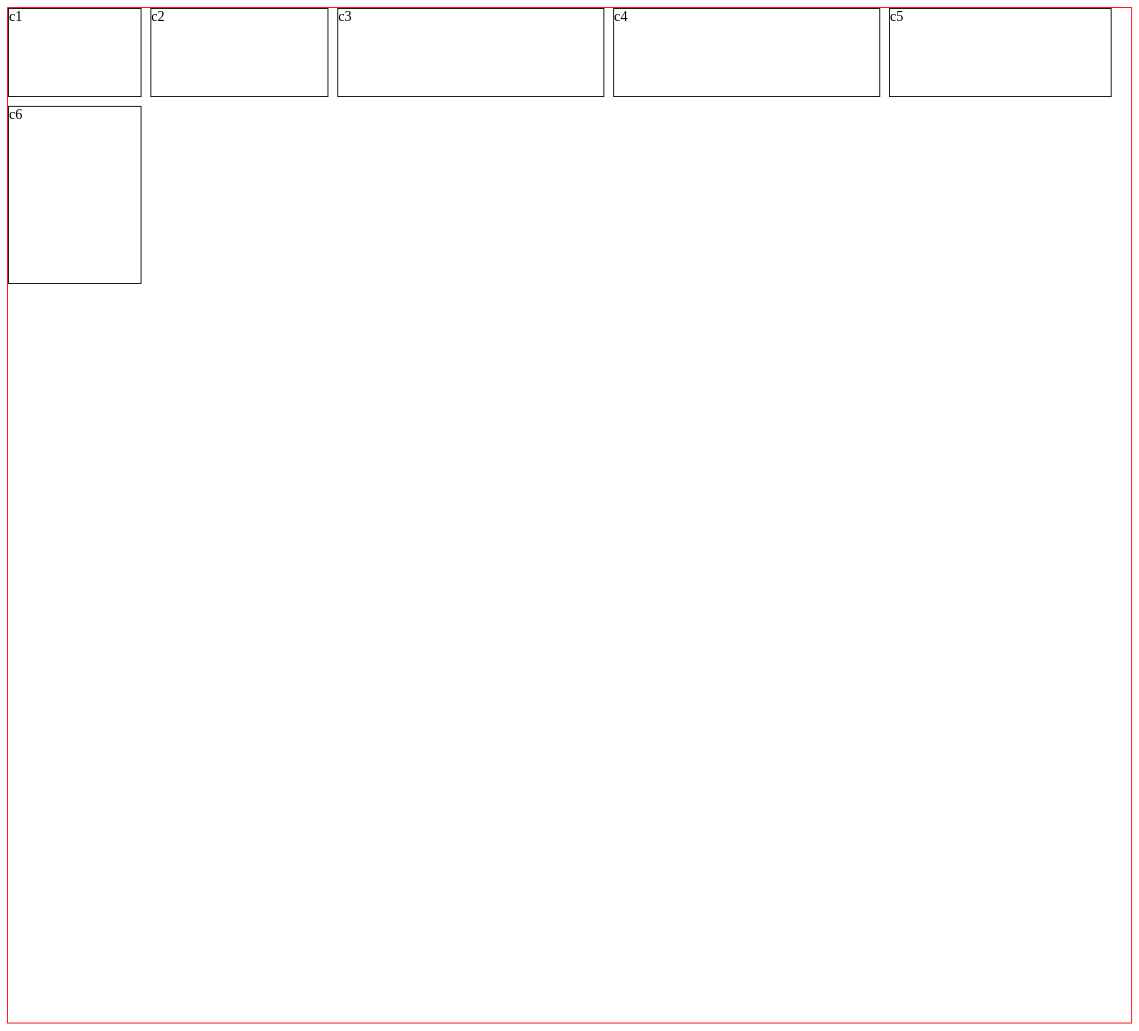
Repository: Hassanshaid/AptechPakwheels
Page: grid.html
These files come from the project's save history. The page is drawn as it stood at one moment and after the next save; the edit follows.
The browser window is 1280 px wide. The pictures show the whole page, at 89% of full size.

Above is the page before, as saved 2024-05-18 21:36:50.

### grid.html
<!DOCTYPE html>
<html lang="en">
<head>
    <meta charset="UTF-8">
    <meta name="viewport" content="width=device-width, initial-scale=1.0">
    <title>Document</title>
    <link rel="stylesheet" href="grid.css">
</head>
<body>
    <section>
        <div class="container">
            <div class="row">
                <div class="col c1">c1</div>
                <div class="col c2">c2</div>
                <div class="col c3">c3</div>
                <div class="col c4">c4</div>
                <div class="col c5">c5</div>
                <div class="col c6">c6</div>
            </div>
        </div>
    </section>

</body>
</html>

### grid.css
.row{
    display: grid;
    border: 1px solid red;
    grid-template-columns: 150px 200px 300px 300px 250px ;
    grid-template-rows: 100px 200px 300px 400px 100px ;
    grid-gap: 10px;
}
.row .col {
    border: 1px solid black;
}
.c1{
    grid-column: 1;
}

After the next save:
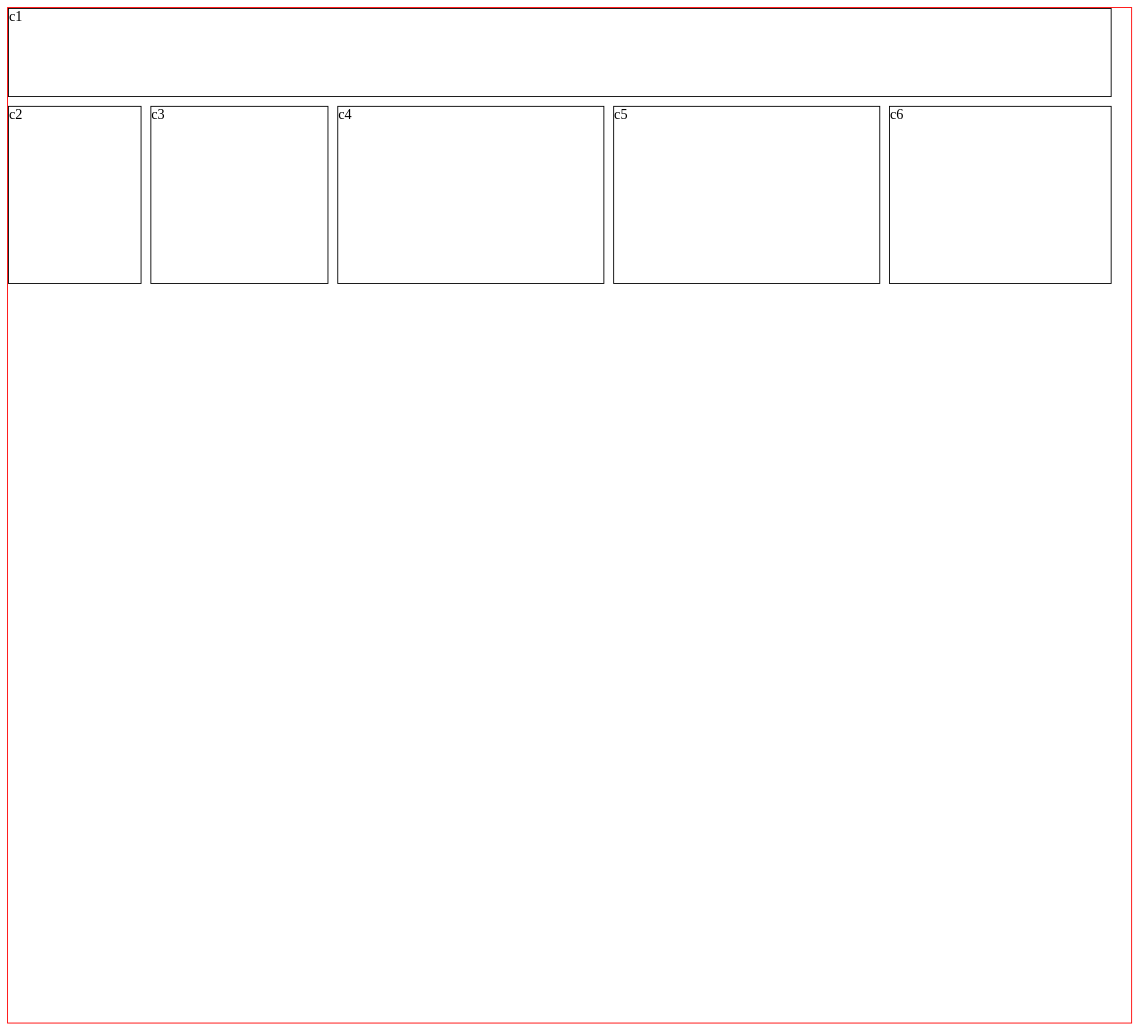
Saved 4 s later.
--- a/grid.css
+++ b/grid.css
@@ -9,5 +9,5 @@
     border: 1px solid black;
 }
 .c1{
-    grid-column: 1;
+    grid-column: 1/6;
 }
